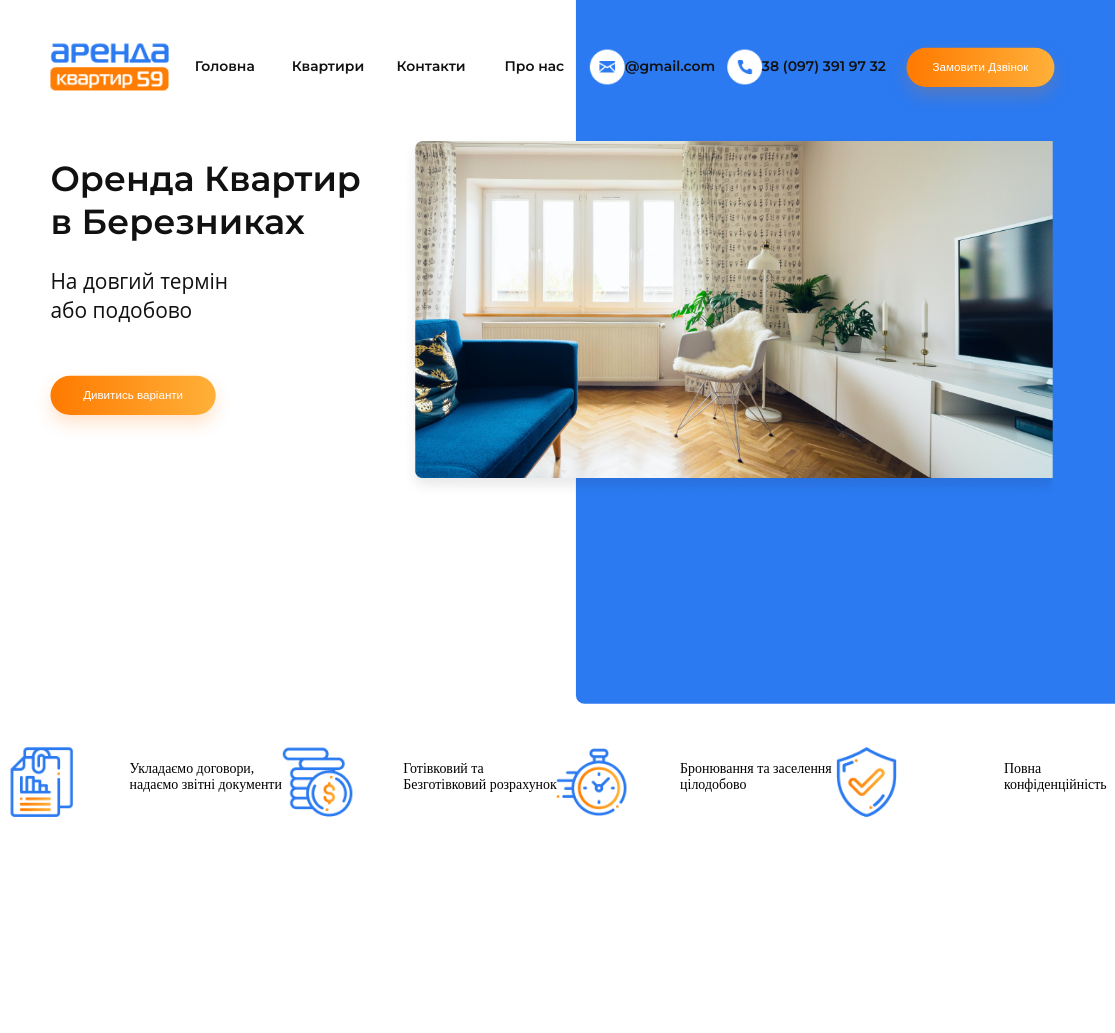
Repository: batonAnton/HW-7-grid
Page: index.html
These files come from the project's save history. The page is drawn as it stood at one moment and after the next save; the edit follows.
The browser window is 1280 px wide. The page is 1282 px wide, so the pictures cover 1282 px, including what lies to the right of the window. The pictures show the whole page, at 87% of full size.

Above is the page before, as saved 2022-06-25 18:41:50.

### index.html
<!DOCTYPE html>
<html lang="en">
<head>
    <meta charset="UTF-8">
    <meta http-equiv="X-UA-Compatible" content="IE=edge">
    <meta name="viewport" content="width=device-width, initial-scale=1.0">
    <link rel="preconnect" href="https://fonts.googleapis.com">
    <link rel="preconnect" href="https://fonts.gstatic.com" crossorigin>
    <link href="https://fonts.googleapis.com/css2?family=Montserrat:wght@600&display=swap" rel="stylesheet">
    <link rel="stylesheet" href="./css/styles2.css">
    <title>Grid</title>
</head>

        <div  class="wrapper allstyles">
            <header>
                <img src="./images/logo.png" alt="logo">
                <a href="" class="menu">Головна</a>
                <a href="" class="menu">Квартири</a>
                <a href="" class="menu">Контакти</a>
                <a href="" class="menu">Про нас</a>

                <div class="item mail">
                    <img src="./images/email.png" alt="email">
                    <p>@gmail.com</p>
                </div>
                <div class="item phone">
                    <img src="./images/phone.png" alt="phone">
                    <p>38 (097) 391 97 32</p>
                </div>
                <div class="item btn">
                        <button>Замовити Дзвінок </button>
                </div>
            </header>
            </div>





            <div class=" wrapper2  allstyles">
                <div class="info">
                    <h1>Оренда Квартир <br> в Березниках</h1>
                    <p>На довгий термін <br> або подобово</p>
                    <button class="btn">Дивитись варіанти</button>
                </div>
                <div class="blueblock"></div>

                <div class="banner">

                </div>
            </div>
        </div>
    </div>

    <div class="wrapper3">
         <div class="block1">
             <img src="./images/header 1.1.png" alt="img">
             <p>
                Укладаємо договори, <br> надаємо звітні документи
             </p>
         </div>
         <div class="block2">
            <img src="./images/header 1.2.png" alt="img">
            <p>
                Готівковий та <br>
                Безготівковий розрахунок
            </p>
         </div>
         <div class="block3">
            <img src="./images/header 1.3.png" alt="img">
            <p>
                Бронювання та заселення <br> цілодобово
            </p>

         </div>
         <div class="block4">
            <img src="./images/header 1.4.png" alt="img">
            <p>
                Повна <br> конфіденційність
            </p>
         </div>
    </div>









</body>
</html>

### css/styles2.css
* {
  box-sizing: border-box;
}

.allstyles {
  margin: 50px 50px;
}

header {
  display: grid;
  gap: 10px;
  grid-template-columns: repeat(8, 1fr);
  grid-template-rows: 1fr;
  z-index: 1;
}

.wrapper {
  display: flex;
  justify-content: space-between;
}

.menu {
  font-family: "Montserrat", sans-serif;
  font-style: normal;
  font-weight: 600;
  font-size: 16px;
  line-height: 20px;
  text-decoration: none;
  color: #111111;
  transition: all 1s;
}

.menu:hover {
  text-decoration: underline;
}

.phone,
.mail {
  font-family: "Montserrat", sans-serif;
  font-style: normal;
  font-weight: 600;
  font-size: 16px;
  line-height: 20px;
  text-decoration: none;
  color: #111111;
  transition: all 1s;
}

.menu,
.phone,
.mail,
.btn {
  justify-content: center;
  align-items: center;
  display: flex;
}

.phone,
.btn {
  width: 190px;
}

.btn button {
  padding: 15px 30px;
  color: #fff;
  background: linear-gradient(89.77deg, #ff7a00 0.2%, #ffb039 99.82%);
  box-shadow: 0px 10px 20px rgba(255, 122, 0, 0.2);
  border-radius: 25px;
  border: none;
}

.wrapper2 {
  display: grid;
  grid-template-columns: repeat(5, 1fr);
  grid-template-rows: repeat(5, 1fr);
  z-index: 0;
}

.wrapper2 .info {
  grid-column: 1/3;
  grid-row: 1/6;
}

.info h1 {
  font-family: "Montserrat";
  font-style: normal;
  font-weight: 800;
  font-size: 40px;
  line-height: 49px;
  display: flex;
  align-items: center;
  color: #111111;
}

.info p {
  font-family: "Open Sans";
  font-style: normal;
  font-weight: 400;
  font-size: 24px;
  line-height: 33px;
  color: #111111;
}
.wrapper2 .banner {
  grid-column: 3/6;
  grid-row: 1/6;
  background-image: url(../images/bigBanner.png);
  background-repeat: no-repeat;
  background-size: contain;
  height: 420px;
  margin-right: -60px;
}

.wrapper2 .btn {
  margin-top: 60px;
  padding: 15px 30px;
  color: #fff;
  background: linear-gradient(89.77deg, #ff7a00 0.2%, #ffb039 99.82%);
  box-shadow: 0px 10px 20px rgba(255, 122, 0, 0.2);
  border-radius: 25px;
  border: none;
}

.wrapper3 {
  display: grid;
  grid-template-columns: repeat(5, 1fr);
  grid-template-rows: repeat(5, 1fr);
}

.blueblock {
    grid-column: 4/6;
    grid-row: 1/6;
    background: #2b7af1;
    border-radius: 0px 0px 0px 10px;
    margin-top: -155px;
    margin-right: -60px;
    width: 620px;
    height: 810px;
}

.wrapper3{
    display: grid;
    grid-template-columns: repeat(4,1fr);
    grid-template-rows: repeat(4,1fr);
}

.block1, .block2, .block3, .block4{
    display: flex;
    justify-content: space-between;
}

.block1{
    grid-column: 1/2;
}

.block2{
    grid-column: 2/3;
}

.block3{
    grid-column: 3/4;
}

.block4{
    grid-column: 4/5;
}

After the next save:
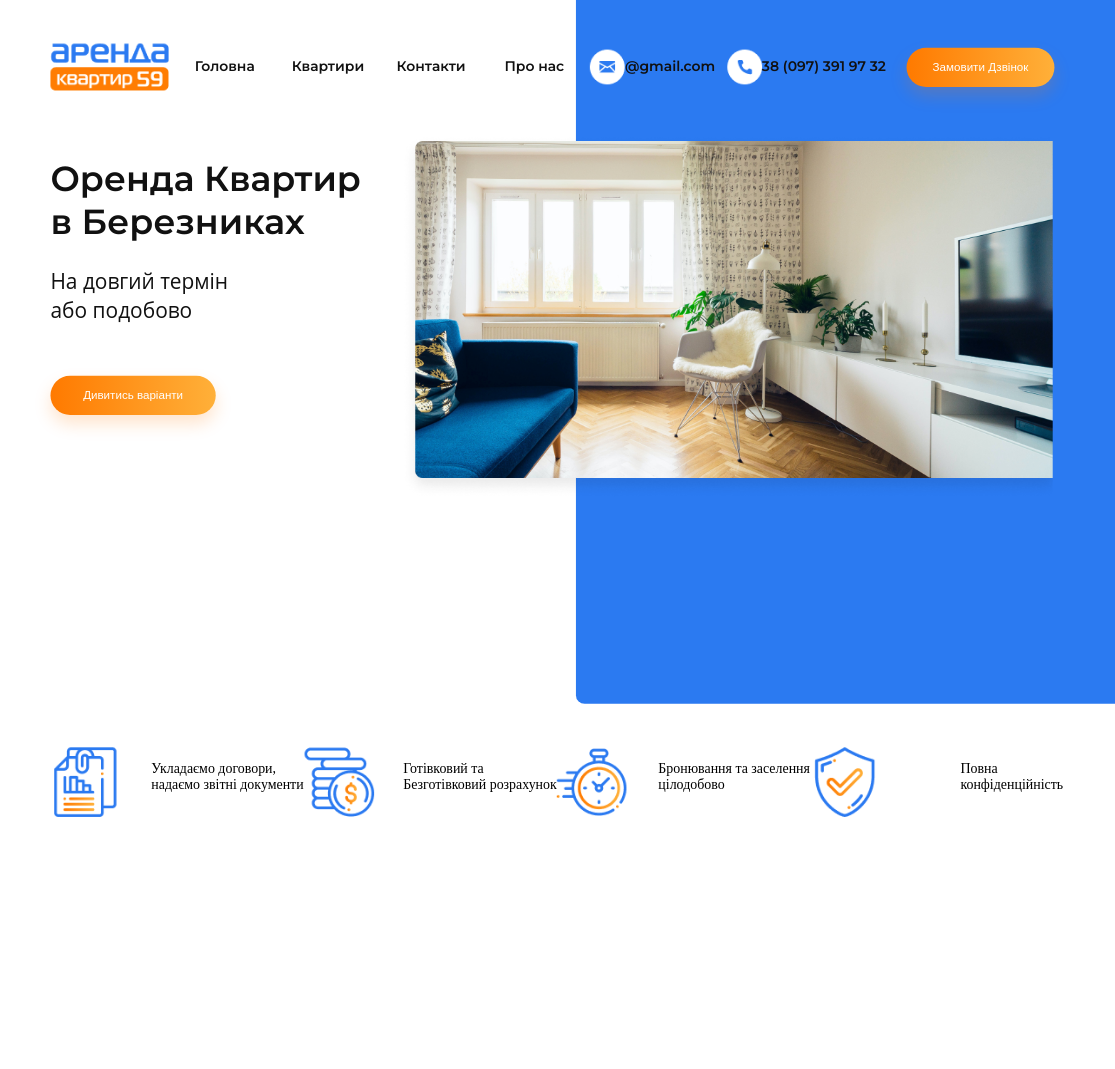
Saved 118 s later.
--- a/index.html
+++ b/index.html
@@ -50,9 +50,9 @@
                 </div>
             </div>
         </div>
-    </div>
 
-    <div class="wrapper3">
+
+    <div class="wrapper3 allstyles">
          <div class="block1">
              <img src="./images/header 1.1.png" alt="img">
              <p>
